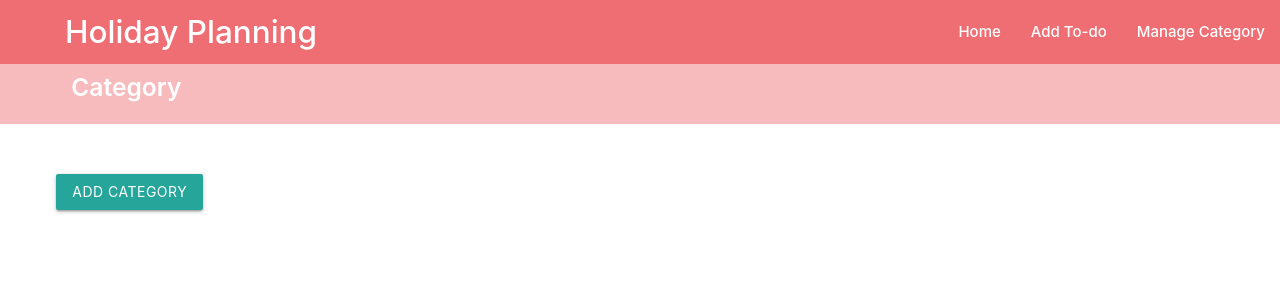
Repository: Code-Institute-Submissions/Project3-Holiday_Planning
Page: http://localhost/get_category
The author's editor kept a record of every edit. The page is drawn from the files as they stood at one moment, then again after the next edit.
The browser window is 1280 px wide. The pictures show the whole page.
The page is served by the project's application, run on Flask 3 (app.py). Queries for data that is not in the repository find no rows.

Above is the page before.

### templates/category.html
{% extends 'layout.html' %} {% block content %}

<div class="category">
      <div class='row'>
          <div class='col'><h5>Category</h5></div>
      </div>
</div>


<div class="row">

    <ul class="collapsible ul_style data-collapsible=accordion content_container">

    {% for category in category %}
    <li>

        <div class="collapsible-header">
              <div class = "category_side"></div>
              <a href="{{url_for('edit_category', category_id=category._id)}}" class="waves-effect waves-light btn blue-grey">Edit</a>
              <div class="divider"></div>
              <a href="{{url_for('delete_category', category_id=category._id)}}" class="waves-effect waves-light btn grey">Delete</a>

              <div class="task_header col s9">
                <strong>{{category.category_name}}</strong>
              </div>

        </div>
    </li>
    {% endfor %}

  </ul>

</div>


<div class="row">
    <div class='col width'></div>
    <div class='col'><a href="{{url_for('add_category')}}" class="waves-effect waves-light btn">Add Category</a></div>
</div>



{% endblock %}

### templates/layout.html
<!DOCTYPE html>
<html>

<head>
        <link href="https://fonts.googleapis.com/icon?family=Material+Icons" rel="stylesheet">
        <link rel="stylesheet" href="https://cdnjs.cloudflare.com/ajax/libs/materialize/1.0.0/css/materialize.min.css">
        <link rel="stylesheet" href="{{url_for('static', filename='css/style.css')}}" type="text/css"/>
</head>


<body>
    <header>
        <nav>
            <div class="nav-wrapper">
                <a href="{{url_for('get_todos')}}" class="brand-logo">Holiday Planning</a>
                <a href="#" data-target="mobile-demo" class="sidenav-trigger"><i class="material-icons">menu</i></a>

                <ul id="nav-mobile" class="right hide-on-med-and-down">
                    <li><a href="{{url_for('get_todos')}}">Home</a></li>
                    <li><a href="{{url_for('add_todo')}}">Add To-do</a></li>
                    <li><a href="{{url_for('get_category')}}">Manage Category</a></li>
                </ul>
                </div>
                </nav>
                <!--extended hamburger navbar added for mobile-->
                <ul class="sidenav" id="mobile-demo">
                    <li><a href="{{url_for('get_todos')}}">Home</a></li>
                    <li><a href="{{url_for('add_todo')}}">Add To-do</a></li>
                    <li><a href="{{url_for('get_category')}}">Manage Category</a></li>
                </ul>


    </header>

    <div>
        {% block content %} {% endblock %}
    </div>


    <script src="https://cdnjs.cloudflare.com/ajax/libs/jquery/3.4.1/jquery.min.js"></script>
    <!--<script type="text/javascript" src="https://code.jquery.com/jquery-2.1.1.min.js"></script>-->
    <script src="https://cdnjs.cloudflare.com/ajax/libs/materialize/1.0.0/js/materialize.min.js"></script>


    <!--to perform the collapsible, datepicker and select option function-->
    <script type="text/javascript">
        $(document).ready(function(){
            $('.collapsible').collapsible();
            $('.datepicker').datepicker({
                format:'dd/mm/yyyy'
            });
            $('select').formSelect();
            $('.sidenav').sidenav();
            $('.dropdown-trigger').dropdown();

        });

    </script>


        {%block extra_js%}{%endblock%}
</body>

</html>

### app.py
import os
from flask import Flask, render_template, redirect, request, url_for
from flask_pymongo import PyMongo
from bson.objectid import ObjectId


app = Flask(__name__)
app.config["MONGO_DBNAME"] = 'holiday_planning'
app.config["MONGO_URI"] = os.getenv("MONGO_URI")
mongo = PyMongo(app)


# Function to display landing page
@app.route('/')
def index():
    return render_template("todos.html", todos=mongo.db.todos.find())


# T1 - Fetch data in mongodb pass it back to todos.html
@app.route('/get_todos')
def get_todos():
    todos=mongo.db.todos.find()
    print(todos)
    return render_template("todos.html",
                           todos=todos)



# T2 & T3 - After add_todo, must follow by insert_todo
@app.route('/add_todo')
def add_todo():
    return render_template('addTodo.html',
                            category=mongo.db.category.find())


@app.route('/insert_todo', methods=['POST'])
def insert_todo():
    todos = mongo.db.todos
    todos.insert_one(request.form.to_dict())
    return redirect(url_for('get_todos'))



# T4 & T5 - After edit_todo, must follow by update_todo
@app.route('/edit_todo/<todo_id>')
def edit_todo(todo_id):
    the_todo =  mongo.db.todos.find_one({"_id": ObjectId(todo_id)})
    all_category =  mongo.db.category.find()
    return render_template('editTodo.html', todo=the_todo,
                           category=all_category)


@app.route('/update_todo/<todo_id>', methods=["POST"])
def update_todo(todo_id):
    todos = mongo.db.todos
    todos.update( {'_id': ObjectId(todo_id)},
    {
        'category_name':request.form.get('category_name'),
        'todo_title':request.form.get('todo_title'),
        'todo_description': request.form.get('todo_description'),
        'person_in-charge': request.form.get('person_in-charge'),
        'website': request.form.get('website'),
        'due_date': request.form.get('due_date'),
        'is_urgent':request.form.get('is_urgent')
    })
    return redirect(url_for('get_todos'))


# T6 - Delete todo from the get_todos page
@app.route('/delete_todo/<todo_id>')
def delete_todo(todo_id):
    mongo.db.todos.remove({'_id': ObjectId(todo_id)})
    return redirect(url_for('get_todos'))



# CATEGORY

# C1 - Function to fetch all our data in mongodb pass it back to category.html
@app.route('/get_category')
def get_category():
    return render_template("category.html",
                            category=mongo.db.category.find())



# C2 & C3 - After add_category, must follow by insert_category
@app.route('/add_category')
def add_category():
    return render_template('addCategory.html')


@app.route('/insert_category', methods=['POST'])
def insert_category():
    category_doc = {'category_name': request.form.get('category_name')}
    mongo.db.category.insert_one(category_doc)
    return redirect(url_for('get_category'))



# C4 & C5 - After edit_category, must follow by update_category
@app.route('/edit_category/<category_id>')
def edit_category(category_id):
    return render_template('editCategory.html',
    category=mongo.db.category.find_one({'_id': ObjectId(category_id)}))


@app.route('/update_category/<category_id>', methods=['POST'])
def update_category(category_id):
    mongo.db.category.update(
        {'_id': ObjectId(category_id)},
        {'category_name': request.form.get('category_name')})
    return redirect(url_for('get_category'))



# C6 - Delete category from the Manage Category page
@app.route('/delete_category/<category_id>')
def delete_category(category_id):
    mongo.db.category.remove({'_id': ObjectId(category_id)})
    return redirect(url_for('get_category'))



# Boiler plate - must include at the end of app.py
if __name__ == '__main__':
    app.run(host=os.environ.get('IP'),
            port=int(os.environ.get('PORT')),
            debug=True)

### static/css/style.css
.nav-wrapper{
    padding-left: 65px;
    color: white;
    font-weight: 500;
}


h5{
    margin: 0px;
    padding:0px 50px 0px 60px;
    color: white;
    font-weight: 600;
}


/*.brand-logo{*/
/*    padding:100px 50px 10px 80px;*/
/*}*/


.btn_small {
    height: 24px;
    width: 60px;
    line-height: 24px;
    margin: 5px 100px;
    padding: 0px 100px;
}


.divider{
    width:6px;
    border:none;
}


.to_do_list,
.add_to_do,
.edit_to_do,
.category,
.add_category,
.edit_category
{
    height:45px;
    background-color: #f7babd;
    padding-top: 10px;
    margin-bottom: 30px;
    padding-bottom: 50px;
}


/*Task*/
.content_container{
    border :none;
    box-shadow: none;
}


.category_side{
    width: 40px;
}



.left_margin{
    margin-left: 35px;
}


.button_margin{
    margin-left: 50px;
}


.width{
    width: 45px;
}


.ul_style{
    padding: 0px;
    margin: 0px;
}

After the next edit:
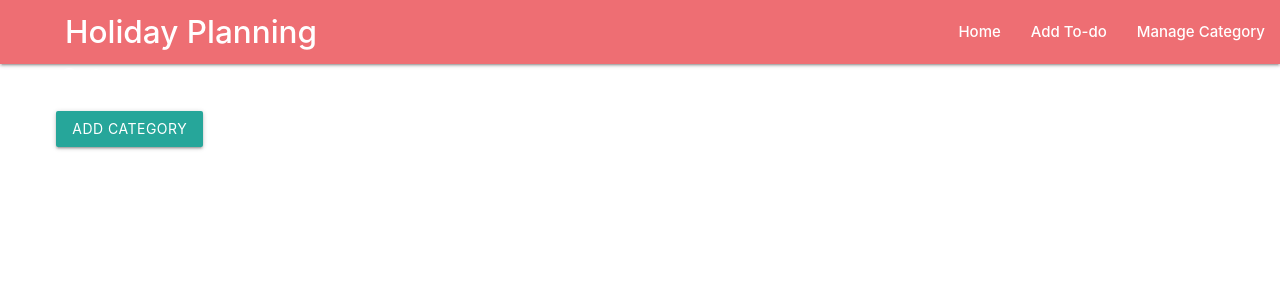
The edit:
--- a/templates/category.html
+++ b/templates/category.html
@@ -1,9 +1,8 @@
 {% extends 'layout.html' %} {% block content %}
 
-<div class="category">
-      <div class='row'>
-          <div class='col'><h5>Category</h5></div>
-      </div>
+
+<div class='col'>
+    <h5>Category</h5>
 </div>
 
 

After the edit that followed:
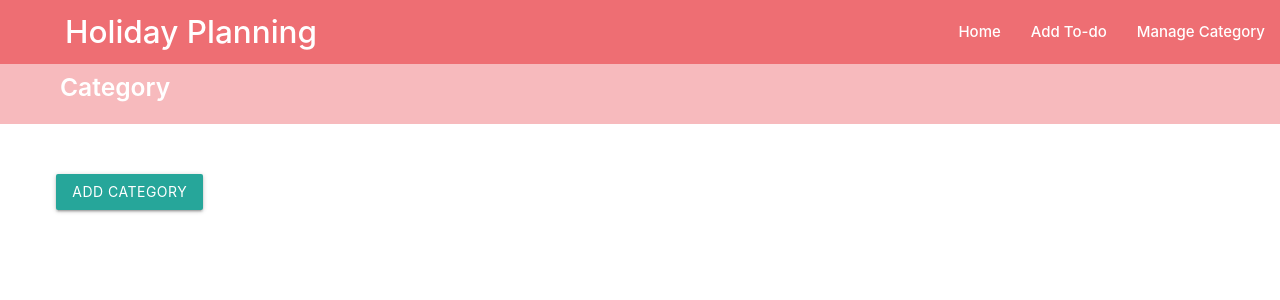
The edit:
--- a/templates/category.html
+++ b/templates/category.html
@@ -1,7 +1,7 @@
 {% extends 'layout.html' %} {% block content %}
 
 
-<div class='col'>
+<div class='category'>
     <h5>Category</h5>
 </div>
 
